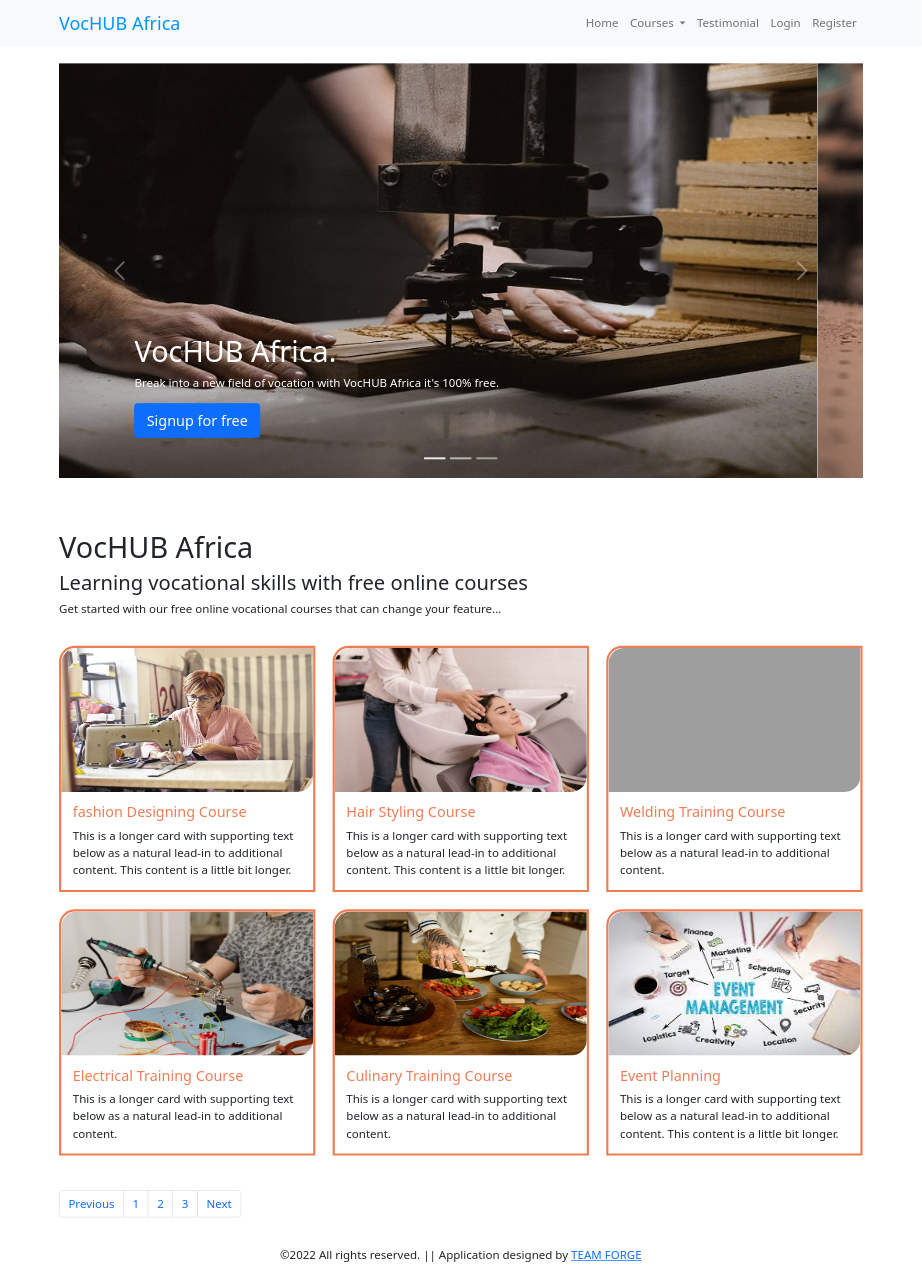
Repository: EKem01/VocHUB-Africa-Project
Page: / (app in client/)
The author's editor kept a copy of each file at every save. The page is drawn from the files as they stood at one save, then again after a run of saves.
The browser window is 1280 px wide. The pictures show the whole page, at 72% of full size.
Pictures or frames that could not be fetched are drawn as grey boxes. The project was rebuilt for these pictures with package versions that can differ from the ones it lists, and the page was loaded fresh each time. Also part of the build but not shown: client/angular.json, client/src/app/components/login/login.component.ts, client/src/app/components/register/register.component.ts, client/src/app/components/courses/fashion-designing/fashion-designing.component.ts, client/src/app/components/courses/hair-styling/hair-styling.component.ts, client/src/app/components/dashboard/dashboard.component.ts, client/src/app/components/logout/logout.component.ts, client/src/app/components/mentorship/mentorship.component.ts.

Above is the page before, as saved 2022-06-13 23:14:01.

After the next 3 saves:
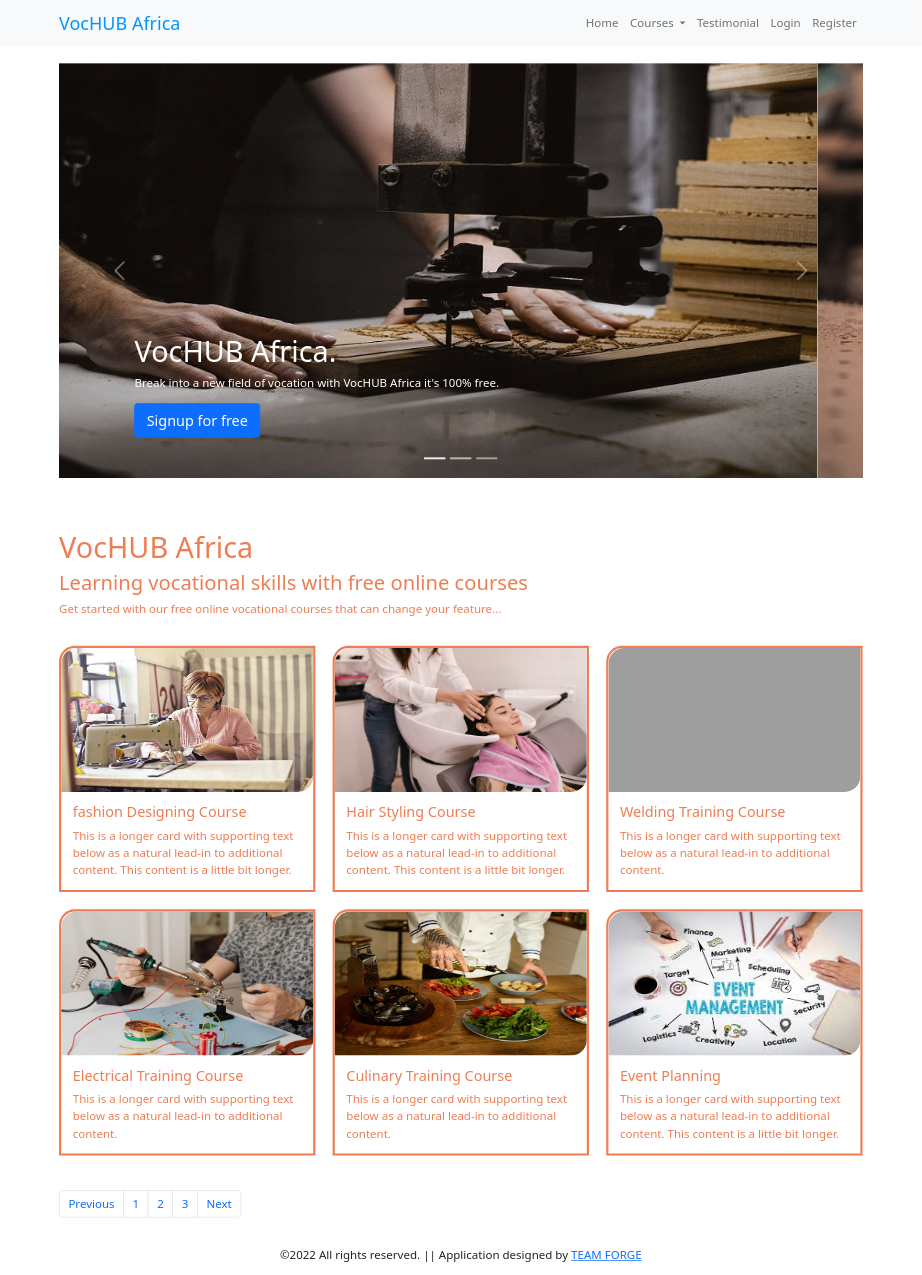
The 3 saves are shown as one change because they came seconds apart.
The last was saved 15 s later.
--- a/client/src/app/components/home/home.component.css
+++ b/client/src/app/components/home/home.component.css
@@ -2,8 +2,8 @@ img{
     width: 100%;
     height: 80vh;
 }
-.courses{
-
+.courses {
+    color: rgb(238, 125, 84);
 }
 .card{
     border-radius: 22px 0px 0 0;
